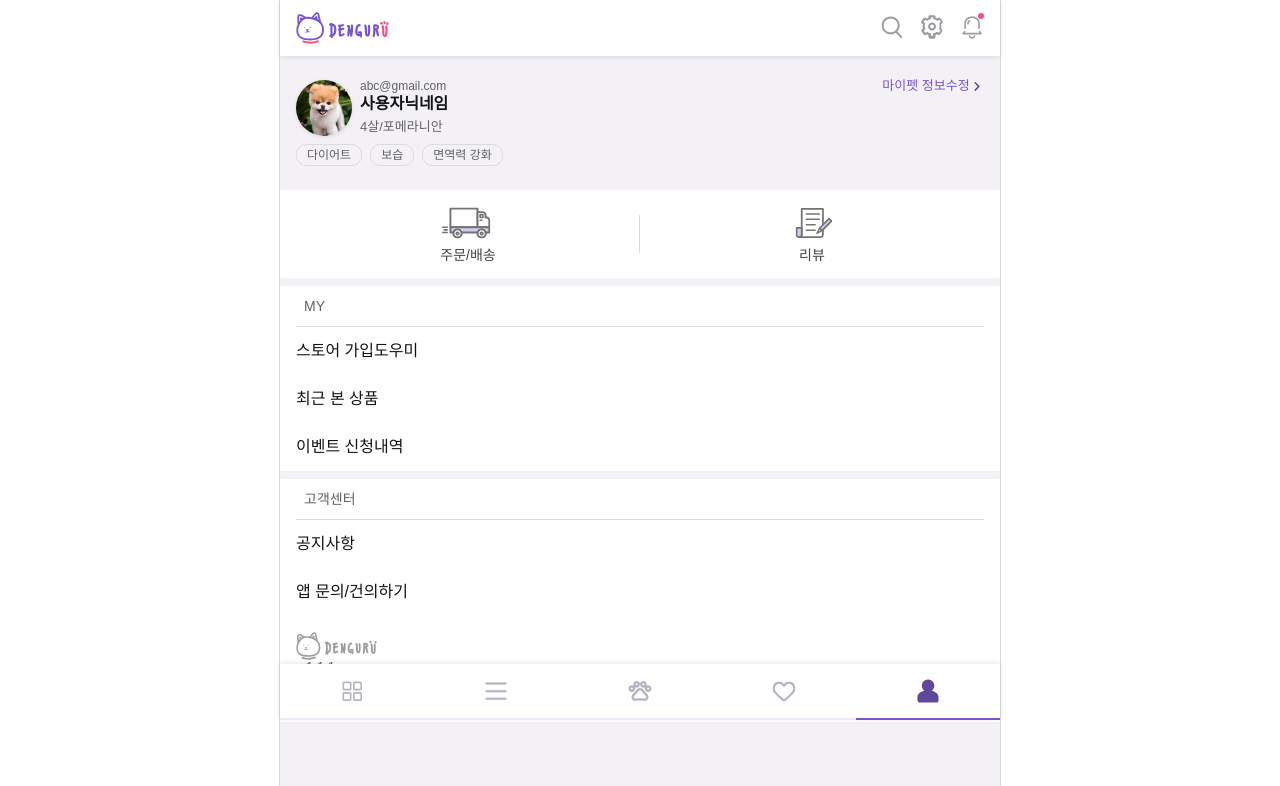
Repository: gosun1018/denguru
Page: my_main_resister.html
The author's editor kept a copy of each file at every save. The page is drawn from the files as they stood at one save, then again after the next save.
The browser window is 1280 px wide. The pictures show the whole page.
Some web fonts or font styles are not loaded; a fallback is used. The style sheet was rebuilt from its Sass, Less or Tailwind sources for each picture, by a compiler version that may differ from the author's.

Above is the page before, as saved 2020-04-03 17:29:30.

### my_main_resister.html
<!DOCTYPE html>
<html lang="ko">
<head>
    <meta charset="UTF-8">
    <meta name="viewport" content="width=device-width, initial-scale=1.0">
    <title>DENGURU:: 마이페이지</title>
    <link rel="stylesheet" href="css/main.css">
</head>
<body>
    <div class="wrap">
        <header class="header06">
            <h1 class="h_logo_box"><a href="index.html" class="h_link"><img src="images/logo-horizontal.svg" alt="DENGURU 로고" class="h_logo"></a></h1>
            <div class="h_btn h_btn_mlauto">
                <a href="search.html"><img src="images/icon-search-gray.svg" alt="검색" class="icon"></a>
            </div>
            <div class="h_btn">
                <a href="my_setting.html"><img src="images/icon-setting.svg" alt="설정" class="icon"></a>
            </div>
            <div class="h_btn">
                <span class="has_alarm"><span class="blind">알림이 있습니다</span></span>
                <a href="my_notification.html"><img src="images/icon-bell.svg" alt="알림" class="icon"></a>
            </div>
        </header>
        <nav class="gnb_bottom">
            <h2 class="blind">하단 네비게이션</h2>
            <ul class="gnb_list">
                <li class="gnb_item">
                    <a href="store_rank.html" class="gnb_link">
                        <img src="images/gnb-store.svg" alt="store" class="gnb_icon">
                        <span class="gnb_txt blind">store</span>
                    </a>
                </li>
                <li class="gnb_item">
                    <a href="category_main.html" class="gnb_link">
                        <img src="images/gnb-category.svg" alt="category" class="gnb_icon">
                        <span class="gnb_txt blind">category</span>
                    </a>
                </li>
                <li class="gnb_item">
                    <a href="index.html" class="gnb_link">
                        <img src="images/gnb-home.svg" alt="home" class="gnb_icon">
                        <span class="gnb_txt blind">home</span>
                    </a>
                </li>
                <li class="gnb_item">
                    <a href="pick_main.html" class="gnb_link">
                        <img src="images/gnb-pick.svg" alt="pick" class="gnb_icon">
                        <span class="gnb_txt blind">pick</span>
                    </a>
                </li>
                <li class="gnb_item active">
                    <a href="my_main_resister.html" class="gnb_link">
                        <img src="images/gnb-my-active.svg" alt="my" class="gnb_icon">
                        <span class="gnb_txt blind">my</span>
                    </a>
                </li>
            </ul>
        </nav>

        <div class="main">
            <div class="pd_header06"></div>
            <section class="my_profile">
                <h2 class="blind">내정보</h2>
                <div class="my_profile_container">
                    <div class="thumb_box"><img src="images/profile-img.jpg" alt="프로필이미지" class="img"></div>
                    <div class="txt_box">
                        <div class="user_mail">abc@gmail.com</div>
                        <div class="user_nick">사용자닉네임</div>
                        <div class="user_pet_info">4살/포메라니안</div>
                    </div>
                </div>
                <div class="my_profile_tag_list">
                    <span class="tag">다이어트</span>
                    <span class="tag">보습</span>
                    <span class="tag">면역력 강화</span>
                </div>
                <a href="home_resister_pet_edit.html" class="my_profile_set_btn btn btn_linkstyle_main">마이펫 정보수정<img src="images/icon-angle-right.svg" alt=">" class="icon"></a>
            </section>
            <div class="my_icon_btn_box">
                <a href="my_orderhistory_list.html" class="my_icon_btn">
                    <div class="img_box"><img src="images/my-delivery.svg" alt="아이콘" class="img"></div>
                    <div class="txt_box">주문/배송</div>
                </a>
                <a href="my_review_mine.html" class="my_icon_btn">
                    <div class="img_box"><img src="images/my-review.svg" alt="아이콘" class="img"></div>
                    <div class="txt_box">리뷰</div>
                </a>
            </div>
            <section class="my_category">
                <h2 class="title_category">MY</h2>
                <ul class="my_category_list">
                    <li class="my_category_item">
                        <a href="my_store_join_helper.html">스토어 가입도우미</a>
                    </li>
                    <li class="my_category_item">
                        <a href="my_recent_view_item.html">최근 본 상품</a>
                    </li>
                    <li class="my_category_item">
                        <a href="my_event_apply_list.html">이벤트 신청내역</a>
                    </li>
                </ul>
            </section>
            <section class="my_category">
                <h2 class="title_category">고객센터</h2>
                <ul class="my_category_list">
                    <li class="my_category_item">
                        <a href="my_notice_list.html">공지사항</a>
                    </li>
                    <!-- <li class="my_category_item">
                        <a href="">자주 묻는 질문</a>
                    </li> -->
                    <li class="my_category_item">
                        <a href="my_complain.html">앱 문의/건의하기</a>
                    </li>
                </ul>
                <div class="version_info">
                    <img src="images/logo-horizontal-gray.svg" alt="댕구루" class="logo"><br> v 1.1.1
                </div>
                <div class="my_small_txt_box">
                    댕구루는 상품에 직접 관여하지 않으며 상품 주문, 배송 및 환불의 의무와 책임은 각 판매업체에 있습니다.
                </div>
            </section>
            <div class="pd_gnb_bottom"></div>
        </div>
    </div>
</body>
</html>

### css/scss/main.scss
@charset "utf-8";

//utils
@import "utils/variables";
@import "utils/mixins";
@import "utils/animations";

// base
@import "base/reset";
@import "base/layout";
@import "base/typography";

//modules
@import "modules/swipercustom";
@import "modules/form";
@import "modules/button";
@import "modules/popup";
@import "modules/popover";
@import "modules/toast";
@import "modules/pagination";

//component
@import "component/header";
@import "component/navigation";
@import "component/itemlist";
@import "component/reviewlist";
@import "component/taglist";
@import "component/postlist";
@import "component/postcontent";

//pages
@import "pages/mainpg";
@import "pages/search";
@import "pages/resister-pet";
@import "pages/review";
@import "pages/home-item-info";
@import "pages/gostore";
@import "pages/store";
@import "pages/password-mail-complete";
@import "pages/my-main";
@import "pages/my-notification";
@import "pages/members";
@import "pages/withdrawal";
@import "pages/order-history";
@import "pages/mycomplain";
@import "pages/category-special";
@import "pages/pick";
@import "pages/personal-info";

### css/scss/utils/_mixins.scss
@mixin clearfix {
    &:after {
        content: '';
        display: block;
        clear: both;
    }
}

@mixin position-center($position) {
    position: $position;
    top: 50%;
    left: 50%;
    transform: translate(-50%, -50%);
}

@mixin one-line-ellipsis {
    white-space: nowrap;
    text-overflow: ellipsis;
    overflow: hidden;
}

@mixin multi-line-ellipsis ($line-height, $lines) {
    overflow: hidden;
    text-overflow: ellipsis;
    display: -webkit-box;
    -webkit-line-clamp: $lines;
    -webkit-box-orient: vertical;
    word-wrap: break-word;
    line-height: $line-height;
    height: $line-height * $lines * 1em;
}

@mixin circle ($box-size) {
    width: $box-size;
    height: $box-size;
    border-radius: $box-size / 2;
}

@mixin blind {
    position: absolute;
    overflow: hidden;
    clip: rect(0 0 0 0);
    margin: -1px;
    width: 1px;
    height: 1px;
}

@mixin layout-frame {
    width: 100%;
    max-width: 720px;
    min-width: 320px;
}

@mixin thumnail {
    position: relative;
    overflow: hidden;

    .img {
        position: absolute;
        top: 0;
        left: 0;
        width: 100%;
        height: 100%;
        object-fit: cover;
    }
}

@mixin thumnail-border($radius) {
    position: relative;

    &:after {
        content: '';
        position: absolute;
        top: 0;
        left: 0;
        width: 100%;
        height: 100%;
        box-sizing: border-box;
        border: 1px solid rgba($gray-2, 0.5);
        border-radius: $radius;
    }
}

@mixin btn-color-full($color) {
    background-color: $color;
    border: 1px solid $color;
}

### css/scss/utils/_animations.scss
@keyframes width-0-to-100 {
    from {
        width: 0;
    }

    to {
        width: 100%;
    }
}

### css/scss/base/_reset.scss
/* http://meyerweb.com/eric/tools/css/reset/
   v2.0 | 20110126
   License: none (public domain)
*/

html, body, div, span, applet, object, iframe, h1, h2, h3, h4, h5, h6, p, blockquote, pre, a, abbr, acronym, address, big, cite, code, del, dfn, em, img, ins, kbd, q, s, samp, small, strike, strong, sub, sup, tt, var, b, u, i, center, dl, dt, dd, ol, ul, li, fieldset, form, label, legend, table, caption, tbody, tfoot, thead, tr, th, td, article, aside, canvas, details, embed, figure, figcaption, footer, header, hgroup, menu, nav, output, ruby, section, summary, time, mark, audio, video {
    margin: 0;
    padding: 0;
    border: 0;
    font-size: 100%;
    font: inherit;
    vertical-align: baseline; }

  /* HTML5 display-role reset for older browsers */

  article, aside, details, figcaption, figure, footer, header, hgroup, menu, nav, section {
    display: block; }

  body {
    line-height: 1; }

  ol, ul {
    list-style: none; }

  blockquote, q {
    quotes: none; }

  blockquote {
    &:before, &:after {
      content: '';
      content: none; } }

  q {
    &:before, &:after {
      content: '';
      content: none; } }

  table {
    border-collapse: collapse;
    border-spacing: 0; }

  a {
    color: inherit;
    text-decoration: none;
  }
  :focus {
    outline-color: $main-color;
  }

### css/scss/modules/_swipercustom.scss
.swiper-pagination {

    .swiper-pagination-bullet {
        width: 8px;
        height: 8px;
    }
}
.swiper-container-horizontal>.swiper-pagination-bullets .swiper-pagination-bullet {
    margin: 0 $layout-small-padding;
}

.pagination_main {
    .swiper-pagination-bullet {
        background-color: #b8b3c3;
        opacity: 1;
    }
    .swiper-pagination-bullet-active {
        background-color: $main-color;
    }
}
.pagination_white {
    .swiper-pagination-bullet {
        background-color: #b8b3c3;
        opacity: 1;
    }
    .swiper-pagination-bullet-active {
        background-color: $gray-0;
    }
}
.swiper-pagination {font-size: 0;}

.items_wrap.swiper-container {
    padding: 0 $layout-base-padding 10px;
}

### css/scss/modules/_popover.scss
.popover_container {
    position: relative;
}
.popover {
    display: none;
    position: absolute;
    padding: 8px;
    border-radius: $base-border-radius;
    word-break: keep-all;
    font-size: $base-font-size;
    line-height: $base-line-height;
    box-shadow: 0 1px 4px rgba(0,0,0,0.15);

    &:before {
        content: '';
        position: absolute;
        display: block;
        width: 12px;
        height: 12px;
        // border: 5px solid transparent;
        background-repeat: no-repeat;
        background-size: contain;
        background-position: center bottom;
    }
    &.show {
        display: block;
    }
}
.popover_main {
    background-color: #ebe3ff;
    color: $base-font-color;
    border: 1px solid #cac2de;

    &.popover_right_top:before {
        background-image: url(/images/popover-triangle-main.png);
    }
}
.popover_right_top{
    top: calc(100% + 6px);
    right: -5px;

    &:before {
        top: -12px;
        right: 5px;
    }
}

### css/scss/modules/_toast.scss
.toast_box {
    position: fixed;
    bottom: $gnb-bottom-height;
    left: $layout-base-padding;
    right: $layout-base-padding;
    display: flex;
    justify-content: center;
    align-items: center;
    padding: $layout-small-padding;
    min-height: 48px;
    box-sizing: border-box;
    background-color: rgba(0,0,0,0.85);
    color: #fff;
    font-size: $base-font-size;
    line-height: $base-line-height;
    text-align: center;
    word-break: keep-all;
    border-radius: $large-border-radius;
    overflow: hidden;
    visibility: hidden;
    opacity: 0;
    transition: opacity .5s, visibility .5s, transform .5s;
    z-index: 900;

    &.show {
        opacity: 1;
        visibility: visible;
        transform: translate(0, $layout-small-padding*-1);
    }
}

### css/scss/modules/_pagination.scss
.pagination01 {
    display: flex;
    justify-content: center;

    .page {
        height: 24px;
        min-width: 24px;
        padding: 0 3px;
        box-sizing: border-box;
        border-radius: 12px;
        margin: 0 4px;
        text-align: center;
        font-size: $base-font-size;
        line-height: 24px;
        color: $light-font-color;

        &.active {
            background-color: $main-color;
            color: $gray-0;
            font-weight: 900;
        }
        &.disabled {
            opacity: .5;
        }
    }
    .page_link {
        display: block;
        width: 100%;
        height: 100%;

        .icon {
            padding-top: 3px;
            // height: 100%;
            object-fit: contain;
        }
    }
}

### css/scss/component/_taglist.scss
.tag_list01 {

    .tag_item {
        width: fit-content;
        float: left;

        .btn {
            margin: 0 4px;
        }
        &:first-child .btn {
            margin-left: $layout-base-padding;
        }
        &:last-child .btn {
            margin-right: $layout-base-padding;
        }

        &.active .btn {
            font-weight: bold;
            background-color: $secondary-color;
            border-color: $secondary-color;
        }
    }
}

### css/scss/component/_postlist.scss
.post_list_wrap {
    flex: 1;
    padding: $layout-small-padding 0 $layout-base-padding;
    background-color: $gray-0;

    .pagination01 {
        margin-top: $layout-base-padding * 2;
    }
}

.post_list01 {
    padding: 0 $layout-base-padding;

    .post_item {
        padding: $layout-base-padding 0;
        border-bottom: $light-border;
    }
    .post_date {
        margin-bottom: $layout-small-padding;
        font-size: $small-font-size;
        color: $light-font-color;
    }
    .post_title {
        font-size: $base-font-size;
        color: $bold-font-color;
        @include multi-line-ellipsis($base-line-height,2);
        height: auto;
        max-height: $base-line-height * 2em;

        .icon_new {
            height: 1em;
            vertical-align: middle;
        }
    }
}

### css/scss/pages/_gostore.scss
.h_load_bar_box {
    display: none;
    width: 100%;
    height: 4px;
    background-color: $bg-gray-color;
    overflow: hidden;

    &.show {
        display: block;
    }

    .h_load_bar {
        width: 0;
        height: 100%;
        background-color: $main-color;
        border-radius: 0 2px 2px 0;
        animation: ease-in-out 5s forwards width-0-to-100;
    }
}

.load_gostore_container {
    display: none;
    flex: 1;
    box-sizing: border-box;
    flex-direction: column;
    background-color: $gray-0;

    &.show {
        display: flex;
    }

    .load_img_container {
        display: flex;
        flex: 7;
        justify-content: center;
        align-items: center;
    }
    .load_img_box {
        width: 140px;
        margin: 0 auto 22px;
    }
    .load_txt_box {
        text-align: center;

        .txt01 {
            font-size: 20px;
            color: $base-font-color;
            font-weight: 900;
        }
        .txt02 {
            margin-top: $layout-small-padding;
            font-size: $large-font-size;
            color: $base-font-color;
        }
        .emph {
            color: $main-font-color;
        }
    }
    .load_notice_container {
        display: flex;
        justify-content: center;
        align-items: center;
        flex: 3;
        background-color: $gray-1;
        text-align: center;
        font-size: $small-font-size;
        line-height: $base-line-height;
        color: $light-font-color;
    }
}
.page_store {
    display: none;
    flex: 1;
    overflow-y: auto;
    overflow-x: hidden;

    &.show {
        display: block;
    }
}

### css/scss/pages/_password-mail-complete.scss
.mail_complete_container {
    height: 100vh;
    display: flex;
    flex-direction: column;
    justify-content: center;
    align-items: center;
    background-color: $gray-0;

    .img_motion_box {
        width: 140px;
        margin: 0 auto;

        .img {
            width: 100%;
        }
    }
    .mail_complete_txt01 {
        margin-top: $layout-large-padding;
        text-align: center;
        font-size: 20px;
        line-height: $narrow-line-height;
        font-weight: 900;

        .emph {
            color: #8054ea;
        }
    }
    .mail_complete_txt02 {
        margin-top: 12px;
        text-align: center;
        font-size: $base-font-size;
        line-height: $base-line-height;
        color: $base-font-color;
    }
    .btn_box {
        margin-top: 60px;
        justify-content: center;
    }
    .btn_mail_success {
        width: 90px;
        height: 40px;
        font-size: $large-font-size;
        line-height: 40px;
    }
}

### css/scss/pages/_my-notification.scss
.notification_list_container {
    background-color: $gray-0;

    .notification_box {
        position: relative;
        padding: $layout-large-padding $layout-base-padding;

        &:not(:first-child):before {
            content: '';
            display: block;
            position: absolute;
            top: 0;
            left: $layout-base-padding;
            right: $layout-base-padding;
            height: 1px;
            background-color: $gray-1;
        }
    }
    .notification_new {
        background-color: $bg-gray-color;
    }
    .notification_link {
        display: flex;
    }
    .icon_box {
        flex-shrink: 0;
        width: 24px;
        height: 24px;
        margin-right: $layout-base-padding;
    }
    .notification_content {
        flex: 1;
    }
    .notification_title {
        font-size: $base-font-size;
        color: $bold-font-color;
        line-height: $base-line-height;
    }
    .notification_date {
        margin-top: 4px;
        font-size: $small-font-size;
        color: $light-font-color;
    }
    .notification_img {
        margin-top: $layout-base-padding;
    }
}

### css/scss/pages/_withdrawal.scss
.withdrawal_title_container {
    padding: $layout-base-padding*2 $layout-base-padding;
    background-color: $gray-0;

    .img_box {
        height: 64px;

        .img {
            height: 100%;
            object-fit: contain;
        }
    }
    .withdrawal_title {
        margin-top: $layout-base-padding;
        font-size: $title-font-size;
        font-weight: bold;
        color: $bold-font-color;
    }
}
.withdrawal_info_container {
    padding: $layout-large-padding 0;

    .withdrawal_item_num {
        font-weight: bold;
        color: $main-font-color;
    }
    .title07 {
        margin: 0 $layout-base-padding;
    }
}
.withdrawal_item_box {
    margin-bottom: $layout-large-padding;

    .withdrawal_item_list_container {
        margin-top: $layout-small-padding;
    }
    .thumb_box {
        width: 56px;
        height: 56px;
        overflow: hidden;
        border-radius: $base-border-radius;
        @include thumnail;
    }
    .withdrawal_item_bnr {
        margin: $layout-base-padding $layout-base-padding 0;
    }
}
.withdrawal_notice_box {
    padding: 0 $layout-base-padding;

    .withdrawal_notice {
        margin-top: $layout-small-padding;
        font-size: $small-font-size;
        color: $base-font-color;
        line-height: $base-line-height;
    }
}
.withdrawal_btn_container {
    flex: 1;
    padding: $layout-large-padding $layout-base-padding;
    background-color: $gray-0;

    .btn_box {
        margin-top: $layout-large-padding;
    }
}

### css/scss/pages/_category-special.scss
.category_wrap {
    background-color: $gray-0;

    .title08 {
        padding: $layout-large-padding $layout-base-padding 0;
    }
}

.special_wrap {
    margin-top: $layout-small-padding;
    padding-bottom: $layout-large-padding;
    flex: 1;
    background-color: $gray-0;

    .title08 {
        padding: $layout-large-padding $layout-base-padding 0;
    }
    .store_list_hash {
        padding-bottom: 0;
    }
    .banner_list {
        padding: 0 $layout-base-padding;
    }
    .banner_box{
        border-radius: $base-border-radius;
        overflow: hidden;

        &:not(:last-child) {
            margin-bottom: $layout-base-padding;
        }
    }
}
.special_item_list_container {

    .title09 {
        padding: 0 $layout-base-padding;
        margin-bottom: $layout-base-padding;
    }
}
.event_post_content_wrap {
    padding-top: $layout-large-padding;
    background-color: $gray-0;

    .title06 {
        margin: 0 $layout-base-padding $layout-base-padding;
    }
}

### css/scss/pages/_personal-info.scss
.recommand_password_container {
    flex: 1;
    display: flex;
    flex-direction: column;
    justify-content: center;
    // align-items: center;
    background-color: $gray-0;
    padding: 48px 0;
}
.recommand_password_title_box {
    margin-bottom: $layout-large-padding;
    font-size: $title-font-size;
    font-weight: bold;
    color: $bold-font-color;
    line-height: $narrow-line-height;
}
.recommand_password_img_box {
    margin: 0 auto $layout-base-padding;
    height: 96px;
    text-align: center;

    .img {
        height: 100%;
    }
}
.recommand_password_txt_box {
    padding: 0 $layout-base-padding;
    margin-bottom: $layout-large-padding;
    font-size: $base-font-size;
    color: $base-font-color;
    line-height: $base-line-height;
}
.change_password_form_container {
    padding: 0 $layout-base-padding*2;

    .btn {
        font-size: $base-font-size;
        height: 40px;
        line-height: 38px;
    }
    .inp_box04 {
        margin-bottom: $layout-base-padding;
    }
    .inp_txt::placeholder {
        font-size: 12px;
    }
    @media screen and (max-width: 359px) {
        padding: 0 $layout-base-padding;
    }
}

Loaded but not shown: images/logo-horizontal-gray.svg (102 lines, source omitted); images/icon-setting.svg (21 lines, source omitted); images/icon-search-gray.svg (11 lines, source omitted); images/gnb-my-active.svg (7 lines, source omitted); images/icon-angle-right.svg (7 lines, source omitted); css/scss/component/_reviewlist.scss (493 lines, source omitted); css/scss/modules/_form.scss (447 lines, source omitted); css/scss/pages/_search.scss (451 lines, source omitted); css/scss/component/_header.scss (431 lines, source omitted); css/scss/pages/_review.scss (399 lines, source omitted); css/scss/component/_itemlist.scss (324 lines, source omitted); css/scss/pages/_my-main.scss (264 lines, source omitted); css/scss/pages/_store.scss (238 lines, source omitted); css/scss/modules/_popup.scss (241 lines, source omitted); css/scss/pages/_home-item-info.scss (180 lines, source omitted); css/scss/pages/_order-history.scss (188 lines, source omitted); css/scss/component/_navigation.scss (177 lines, source omitted); css/scss/pages/_members.scss (167 lines, source omitted); css/scss/modules/_button.scss (181 lines, source omitted); css/scss/component/_postcontent.scss (143 lines, source omitted); css/scss/pages/_mycomplain.scss (126 lines, source omitted); css/scss/pages/_mainpg.scss (130 lines, source omitted); css/scss/pages/_resister-pet.scss (116 lines, source omitted); css/scss/base/_typography.scss (112 lines, source omitted); css/scss/base/_layout.scss (118 lines, source omitted); css/scss/utils/_variables.scss (80 lines, source omitted); css/scss/pages/_pick.scss (88 lines, source omitted)

After the next save:
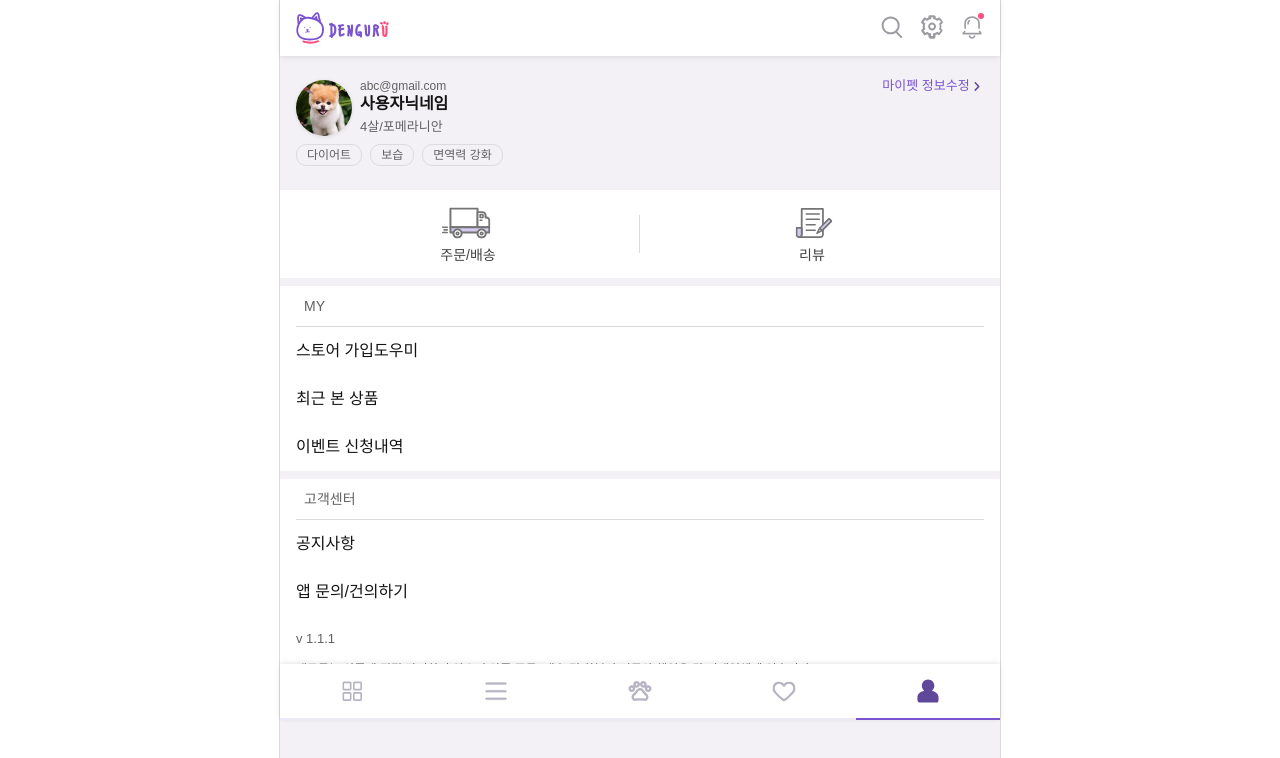
Saved 10 s later.
--- a/my_main_resister.html
+++ b/my_main_resister.html
@@ -114,7 +114,7 @@
                     </li>
                 </ul>
                 <div class="version_info">
-                    <img src="images/logo-horizontal-gray.svg" alt="댕구루" class="logo"><br> v 1.1.1
+                    v 1.1.1
                 </div>
                 <div class="my_small_txt_box">
                     댕구루는 상품에 직접 관여하지 않으며 상품 주문, 배송 및 환불의 의무와 책임은 각 판매업체에 있습니다.
